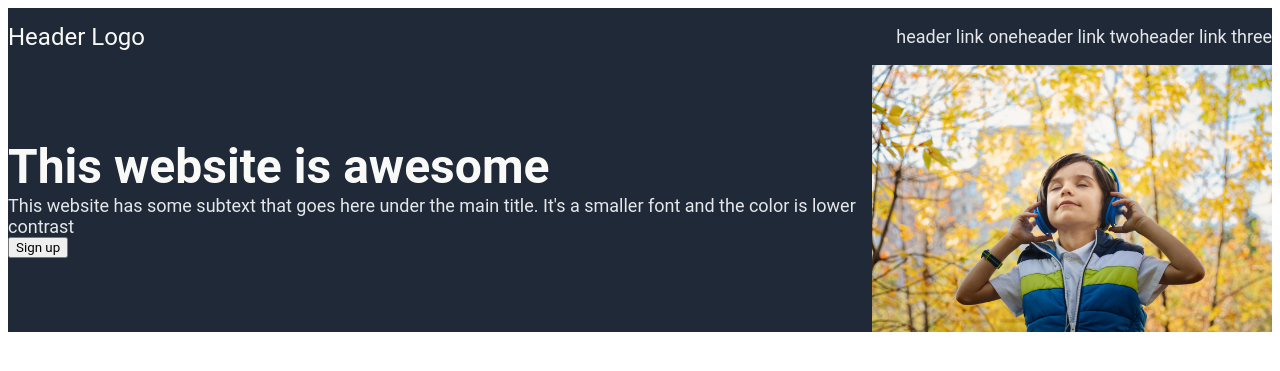
Repository: z1youRA/FirstWebsite
Page: index.html
An editor plug-in stored every save of this project. The page is shown before and after the next save, followed by the edit.
The browser window is 1280 px wide. The pictures show the whole page.

Above is the page before, as saved 2021-11-25 17:09:52.

After the next save:
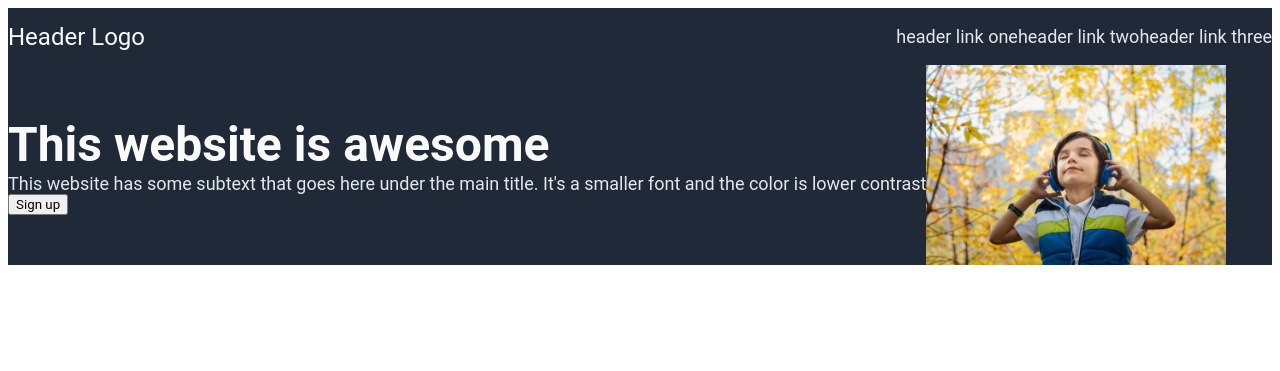
Saved 17 s later.
--- a/styles.css
+++ b/styles.css
@@ -24,7 +24,7 @@
 }
 
 .hero img {
-    max-width: 400px;
+    max-height: 200px;
 }
 
 .header .logo {
